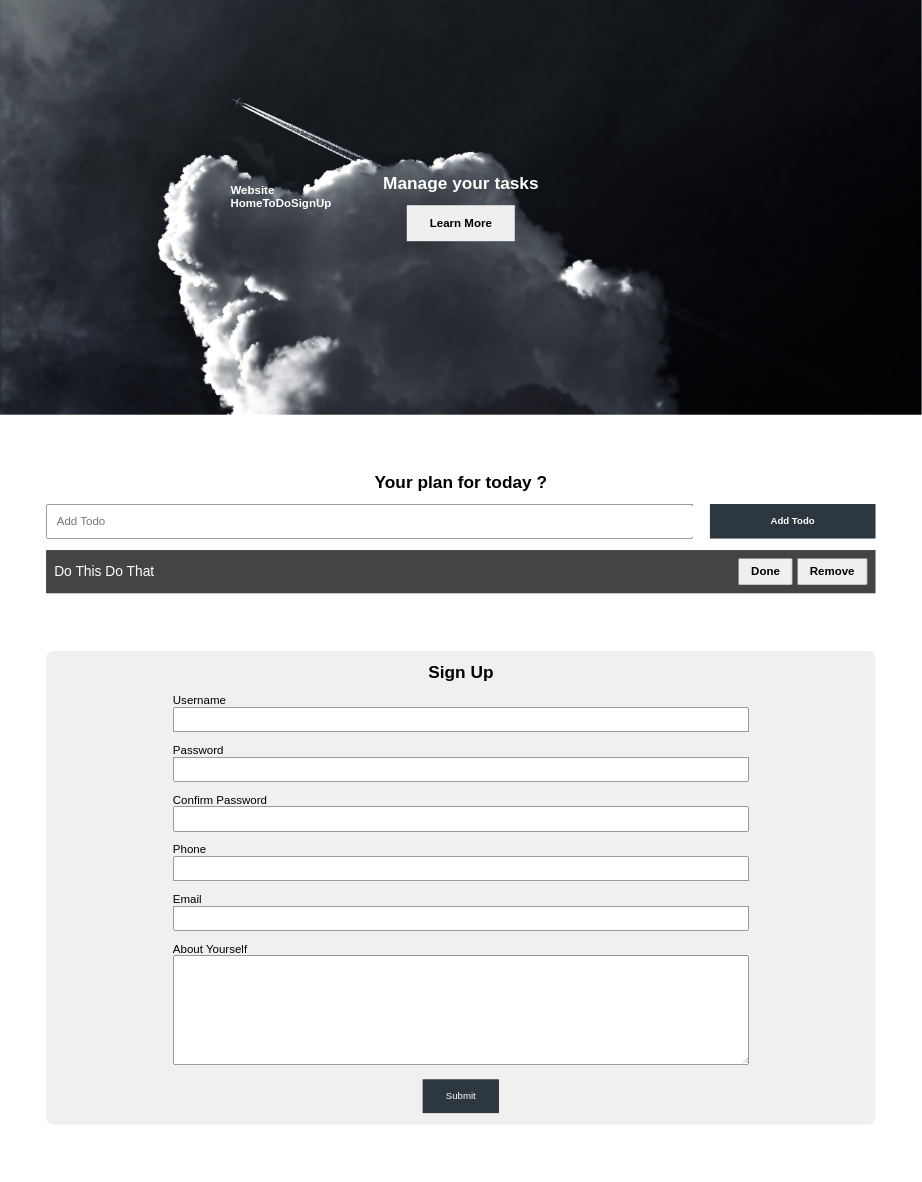
Repository: codewithfaizan/JavaScriptSelf
Page: 27.08.2022/index.html
These files come from the project's save history. The page is drawn as it stood at one moment and after the next save; the edit follows.
The browser window is 1280 px wide. The pictures show the whole page, at 72% of full size.

Above is the page before, as saved 2022-08-27 17:08:48.

After the next save:
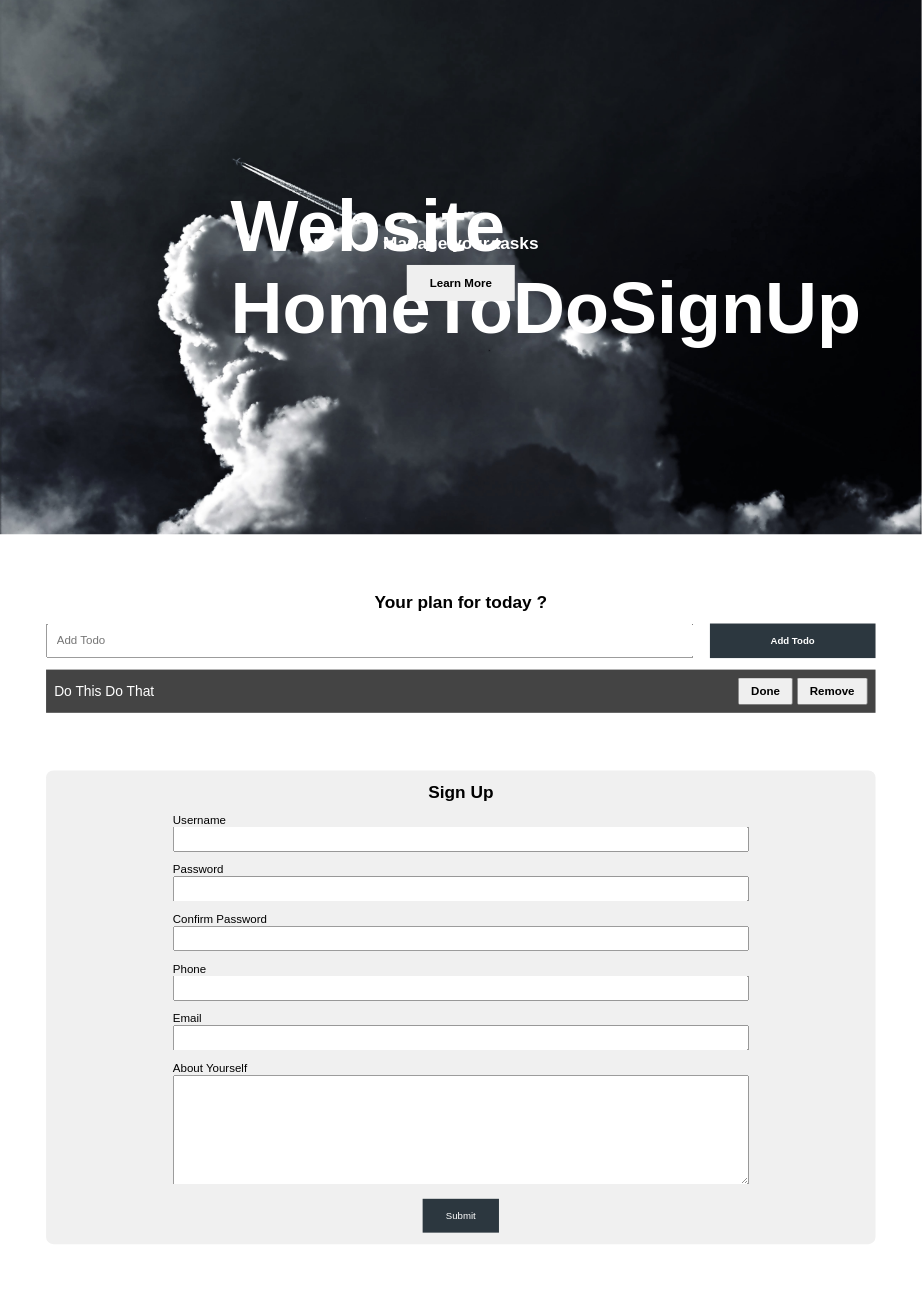
Saved 4 s later.
--- a/27.08.2022/style.css
+++ b/27.08.2022/style.css
@@ -42,7 +42,7 @@
     grid-row: auto;
   }
   .logo{
-    font-size: 100%;
+    font-size: 100px;
   }
 
   .nav-items {

After the 5 saves that followed:
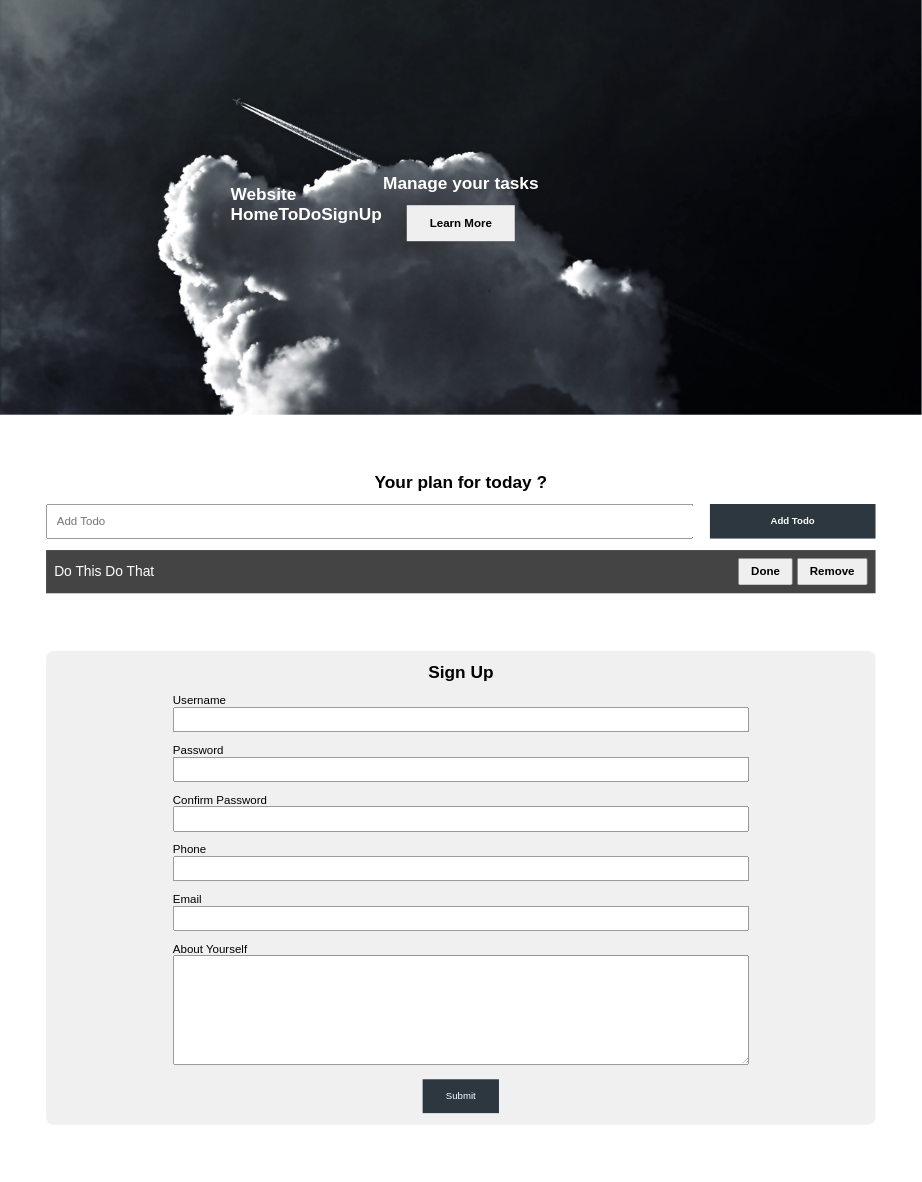
The 5 saves are shown as one change because 2 left the picture as it was and some came seconds apart.
The last was saved 22 s later.
--- a/27.08.2022/style.css
+++ b/27.08.2022/style.css
@@ -41,8 +41,9 @@
     padding: 20%;
     grid-row: auto;
   }
-  .logo{
-    font-size: 100px;
+
+  .logog{
+    font-size: 50px;
   }
 
   .nav-items {
